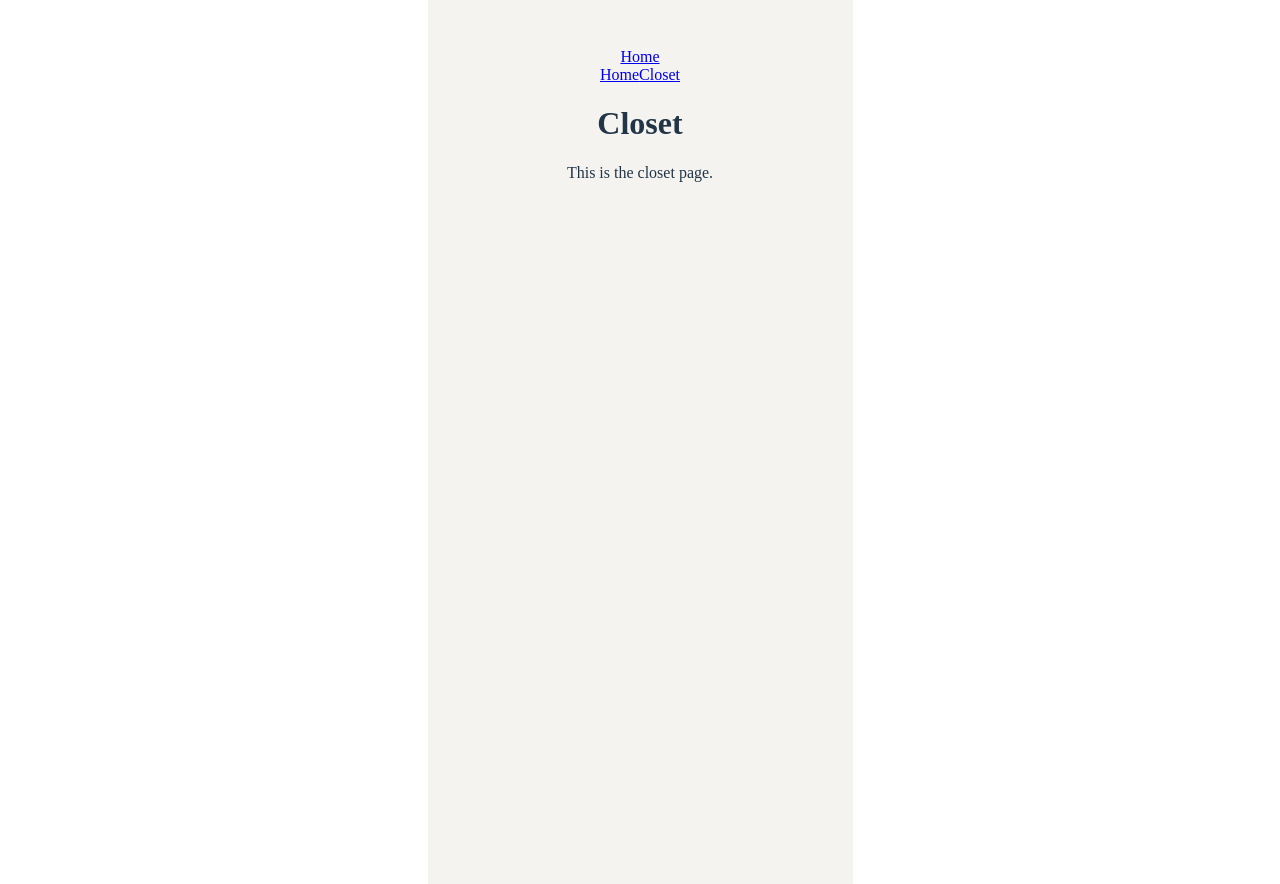
Repository: Strawb3rryjam/app-slotion
Page: /Closet
An editor plug-in stored every save of this project. The page is shown before and after the next save, followed by the edit.
The browser window is 1280 px wide. The pictures show the whole page.
The project was rebuilt for these pictures with package versions that can differ from the ones it lists, and the page was loaded fresh each time. Also part of the build but not shown: vite.config.js, src/css/NavBar.module.css. Imported but missing from the stored project, and not drawn on this page: src/pages/Home.

Above is the page before, as saved 2025-05-05 08:37:15.

### src/main.jsx
import { StrictMode } from 'react'
import { createRoot } from 'react-dom/client'
import './index.css'

import { BrowserRouter } from 'react-router-dom'
import App from './App.jsx'

createRoot(document.getElementById('root')).render(
  <StrictMode>
    <BrowserRouter>
      <App />
    </BrowserRouter>
  </StrictMode>
)

### src/index.css
:root {
  color: rgba(255, 255, 255, 0.87);
}

body{
  width: 393px;
  min-height: 852px;
  padding: 16px;
  margin: 0 auto;
  background-color: #F5F3EF;
}


@media (prefers-color-scheme: light) {
  :root {
    color: #213547;
    background-color: #ffffff;
  }
  a:hover {
    color: #747bff;
  }
  button {
    background-color: #f9f9f9;
  }
}

### src/App.jsx
import './App.css'
import Home from './pages/Home'
import Closet from './pages/Closet'
import {Routes, Route} from 'react-router-dom'
import NavBar from './components/NavBar'


function App() {
  return (
    <div>
      <NavBar />
      <main className = "main-content">
        <Routes>
          <Route path = "/" element = {<Home />} />
          <Route path = "/closet" element = {<Closet />} />
        </Routes>
      </main>
    </div>

  )
}

export default App

### src/pages/Closet.jsx

function Closet() {
  return (
    <div>
      <h1>Closet</h1>
      <p>This is the closet page.</p>
    </div>
  );
}

export default Closet;

### src/components/NavBar.jsx
import { Link } from "react-router-dom";
import "../css/NavBar.module.css";

function NavBar() {
    return <nav className="navbar">
        <div className = "navbar-brand">
            <Link to = "/">Home</Link>
        </div>
        <div className = "navbar-links">
            <Link to = "/">Home</Link>
            <Link to = "/closet">Closet</Link>
       </div>
    </nav>
}

export default NavBar;

Loaded but not shown: index.html (common file); src/App.css (common file)

After the next save:
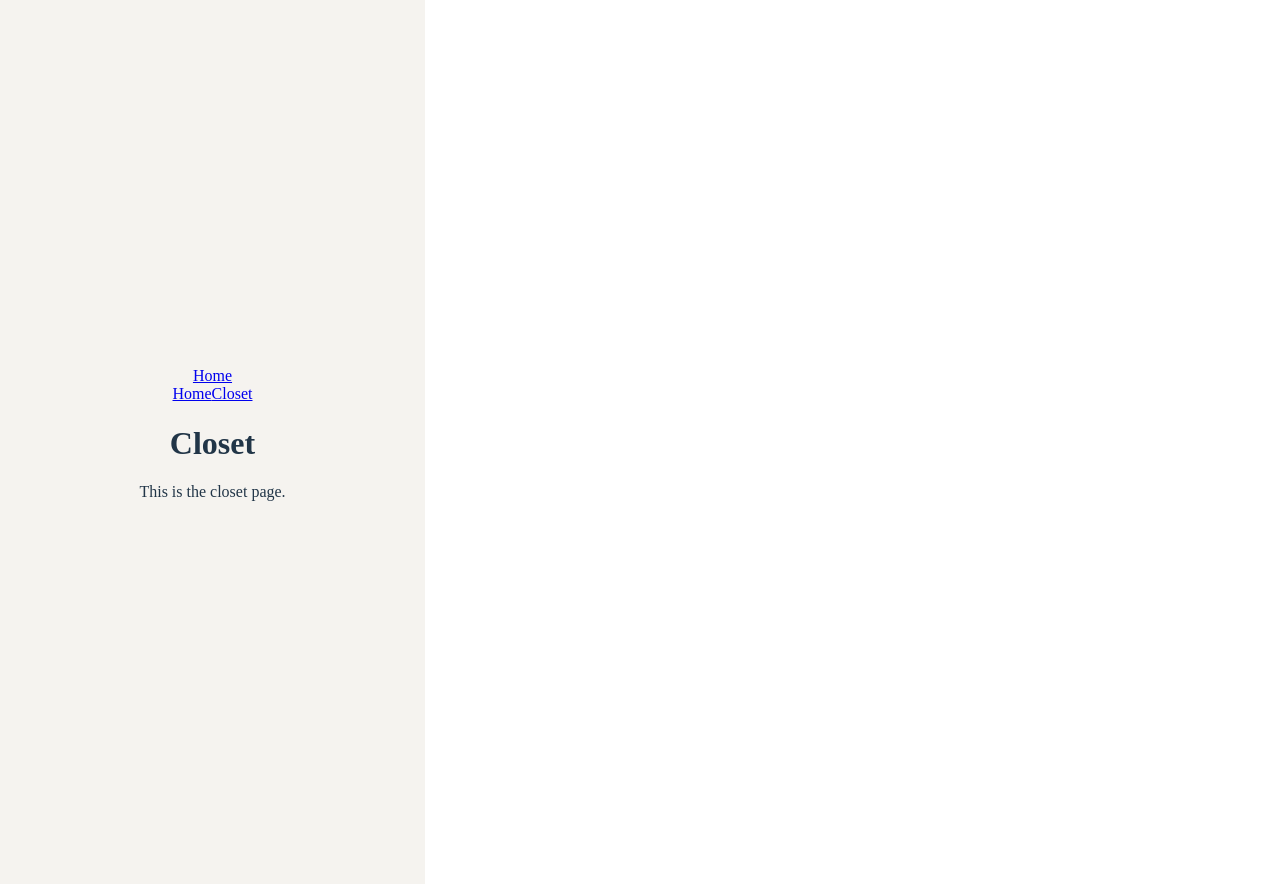
Saved 56 s later.
--- a/src/index.css
+++ b/src/index.css
@@ -1,14 +1,18 @@
-:root {
-  color: rgba(255, 255, 255, 0.87);
+html, body {
+  height: 100%;
+  margin: 0;
 }
 
-body{
+body {
   width: 393px;
   min-height: 852px;
   padding: 16px;
-  margin: 0 auto;
   background-color: #F5F3EF;
+  display: flex;
+  align-items: center;   /* vertical center */
+  justify-content: center; /* horizontal center */
 }
+
 
 
 @media (prefers-color-scheme: light) {

After the save that followed:
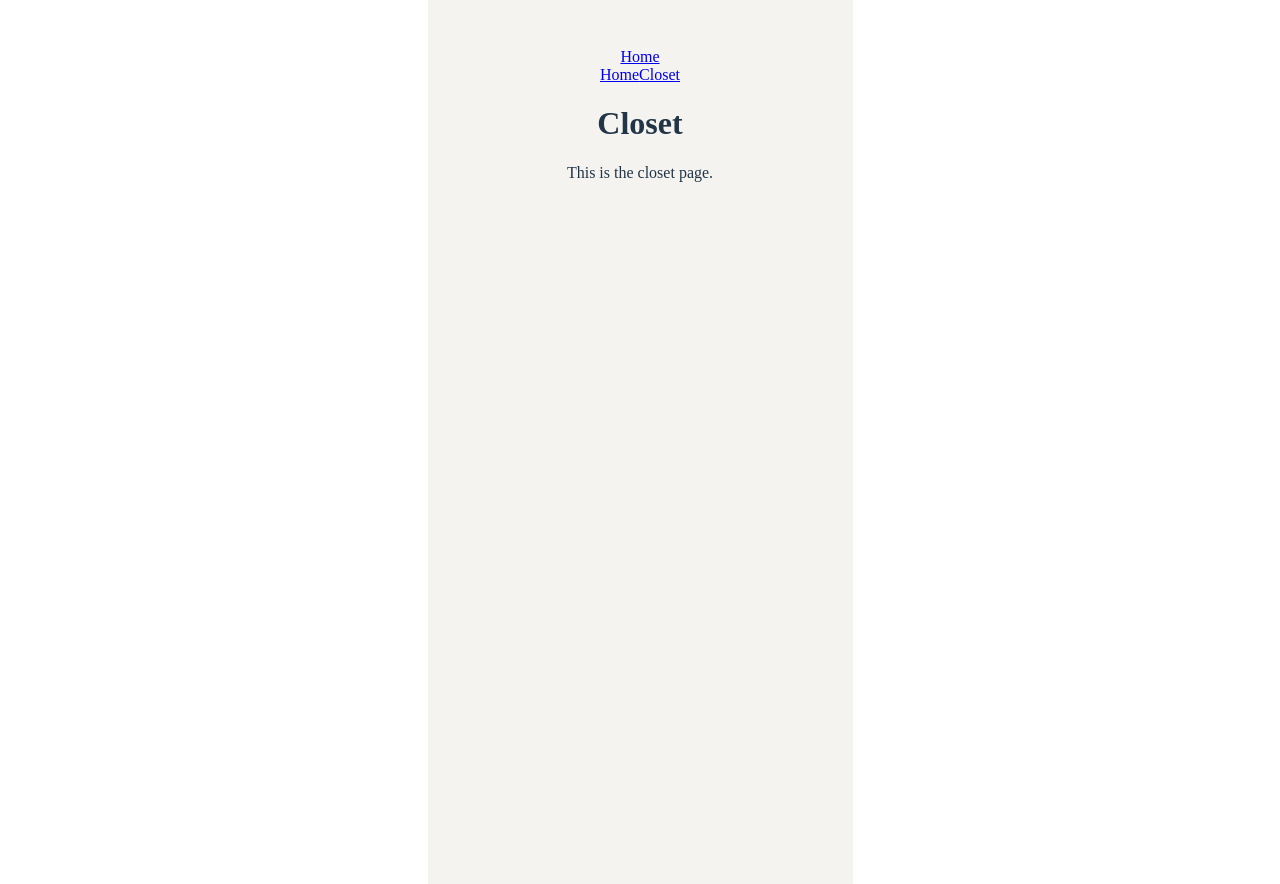
Saved 6 s later.
--- a/src/index.css
+++ b/src/index.css
@@ -1,18 +1,14 @@
-html, body {
-  height: 100%;
-  margin: 0;
+:root {
+  color: rgba(255, 255, 255, 0.87);
 }
 
-body {
+body{
   width: 393px;
   min-height: 852px;
   padding: 16px;
+  margin: 0 auto;
   background-color: #F5F3EF;
-  display: flex;
-  align-items: center;   /* vertical center */
-  justify-content: center; /* horizontal center */
 }
-
 
 
 @media (prefers-color-scheme: light) {
